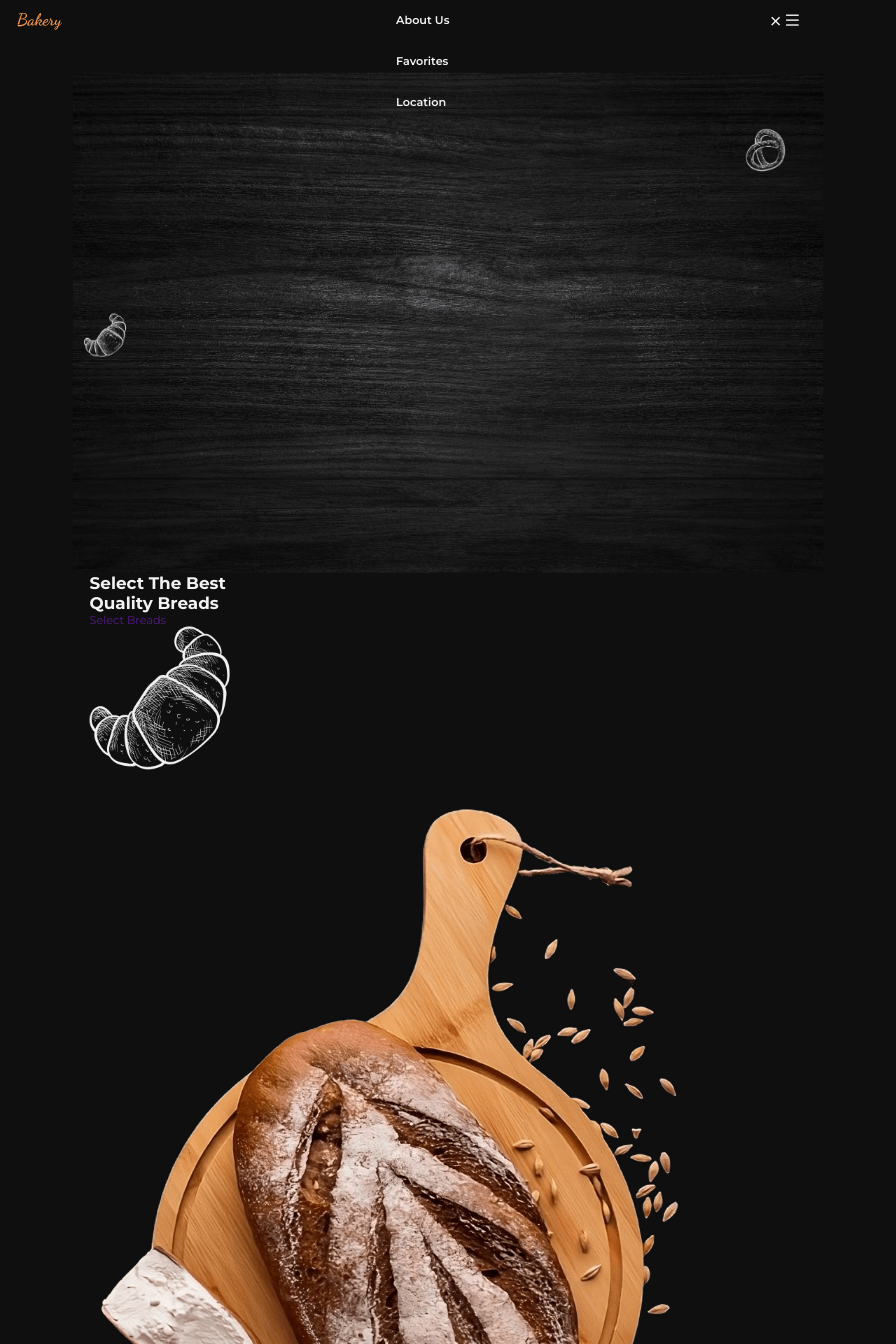
Repository: KinD2704/Web-University
Page: Buổi 8/B8/index.html
An editor plug-in stored every save of this project. The page is shown before and after the next save, followed by the edit.
The browser window is 1280 px wide. The pictures show the part of the page from y = 0 to 1920 px (the page is 2819 px tall before and 2870 px after), at 70% of full size.
Some web libraries are served in a nearby version.

Above is the page before, as saved 2024-01-30 09:39:12.

### Buổi 8/B8/index.html
<!DOCTYPE html>
<html lang="en">
    <head>
        <meta charset="UTF-8" />
        <meta name="viewport" content="width=device-width, initial-scale=1.0" />

        <!--=============== FAVICON ===============-->
        <link
            rel="shortcut icon"
            href="assets/img/favicon.png"
            type="image/x-icon"
        />

        <!--=============== REMIXICONS ===============-->
        <link
            rel="stylesheet"
            href="https://cdnjs.cloudflare.com/ajax/libs/remixicon/3.7.0/remixicon.css"
        />

        <!--=============== CSS ===============-->
        <link rel="stylesheet" href="assets/css/styles.css" />

        <title>Bakery</title>
    </head>

    <body>
        <!--==================== HEADER ====================-->
        <header class="header" id="header">
            <nav class="nav container">
                <a href="#" class="nav__logo">Bakery</a>

                <div class="nav__menu" id="nav-menu">
                    <ul class="nav__list">
                        <li class="nav__item">
                            <a href="#home" class="nav__link">Home </a>
                        </li>

                        <li class="nav__item">
                            <a href="#new" class="nav__link">News </a>
                        </li>

                        <li class="nav__item">
                            <a href="#about" class="nav__link">About Us</a>
                        </li>

                        <li class="nav__item">
                            <a href="#favorite" class="nav__link">Favorites </a>
                        </li>

                        <li class="nav__item">
                            <a href="#visit" class="nav__link">Location</a>
                        </li>
                    </ul>

                    <!-- close button -->

                    <div class="nav__close" id="nav-close">
                        <i class="ri-close-line"></i>
                    </div>

                    <img
                        src="assets/img/bread-4.png"
                        alt=""
                        class="nav__img-1"
                    />
                    <img
                        src="assets/img/bread-1.png"
                        alt=""
                        class="nav__img-2"
                    />
                </div>
                <!-- Toogle button -->
                <div class="nav__toogle" id="nav-toggle">
                    <i class="ri-menu-fill"></i>
                </div>
            </nav>
        </header>

        <!--==================== MAIN ====================-->
        <main class="main">
            <!--==================== HOME ====================-->
            <section class="home section" id="home">
                <img src="assets/img/home-bg.jpg" alt="img" class="home__bg" />
                <div class="home__shadow"></div>

                <div class="home__container container grid">
                    <div class="home__data">
                        <h1 class="home__title">
                            Select The Best <br />
                            Quality Breads
                        </h1>
                        <a href="" class="button">Select Breads</a>

                        <img
                            src="assets/img/bread-1.png"
                            alt="image"
                            class="home__bread"
                        />
                    </div>

                    <div class="home__image">
                        <img
                            src="assets/img/home-bread.png"
                            alt="image"
                            class="home__img"
                        />
                    </div>

                    <footer class="home__footer">
                        <div class="home__location">
                            <i class="ri-map-pin-line"></i>
                            <span
                                >AV. The Sun #321 <br />
                                Lima Peru</span
                            >
                        </div>

                        <div class="home__social">
                            <a href="https://www.facebook.com/" target="_blank">
                                <i class="ri-facebook-circle-line"></i>
                            </a>
                            <a
                                href="https://www.instagram.com/"
                                target="_blank"
                            >
                                <i class="ri-instagram-line"></i>
                            </a>
                            <a href="https://www.youtube.com/" target="_blank"
                                ><i class="ri-youtube-line"></i>
                            </a>
                        </div>
                    </footer>
                </div>
            </section>

            <!--==================== NEWS ====================-->
            <section class="new section" id="new"></section>

            <!--==================== ABOUT ====================-->
            <section class="about section" id="about"></section>

            <!--==================== FAVORITES ====================-->
            <section class="favorite section" id="favorite"></section>

            <!--==================== VISIT ====================-->
            <section class="visit section" id="visit"></section>
        </main>

        <!--==================== FOOTER ====================-->
        <footer class="footer"></footer>

        <!--========== SCROLL UP ==========-->

        <!--=============== SCROLLREVEAL ===============-->
        <script src=""></script>

        <!--=============== MAIN JS ===============-->
        <script src="assets/js/main.js"></script>
    </body>
</html>

### Buổi 8/B8/assets/css/styles.css
/*=============== GOOGLE FONTS ===============*/
@import url("https://fonts.googleapis.com/css2?family=Dancing+Script:wght@700&family=Montserrat:wght@400;600;700&display=swap");

/*=============== VARIABLES CSS ===============*/
:root {
    --header-height: 3.5rem;

    /*========== Colors ==========*/
    /*Color mode HSL(hue, saturation, lightness)*/
    --first-color: hsl(28, 88%, 62%);
    --first-color-alt: hsl(28, 84%, 58%);
    --title-color: hsl(0, 0%, 95%);
    --text-color: hsl(0, 0%, 75%);
    --text-color-light: hsl(0, 0%, 65%);
    --black-color: hsl(0, 0%, 6%);
    --body-color: hsl(0, 0%, 6%);
    --container-color: hsl(0, 0%, 10%);

    /*========== Font and typography ==========*/
    /*.5rem = 8px | 1rem = 16px ...*/
    --body-font: "Montserrat", sans-serif;
    --second-font: "Dancing Script", cursive;
    --biggest-font-size: 3rem;
    --bigger-font-size: 2rem;
    --h1-font-size: 1.5rem;
    --h2-font-size: 1.25rem;
    --h3-font-size: 1rem;
    --normal-font-size: 0.938rem;
    --small-font-size: 0.813rem;

    /*========== Font weight ==========*/
    --font-regular: 400;
    --font-semi-bold: 600;
    --font-bold: 700;

    /*========== z index ==========*/
    --z-tooltip: 10;
    --z-fixed: 100;
}

/*========== Responsive typography ==========*/
@media screen and (min-width: 1150px) {
    :root {
        --biggest-font-size: 5rem;
        --bigger-font-size: 3rem;
        --h1-font-size: 2.25rem;
        --h2-font-size: 1.5rem;
        --h3-font-size: 1.25rem;
        --normal-font-size: 1rem;
        --small-font-size: 0.875rem;
    }
}

/*=============== BASE ===============*/
* {
    box-sizing: border-box;
    padding: 0;
    margin: 0;
}

html {
    scroll-behavior: smooth;
}

body,
button {
    font-family: var(--body-font);
    font-size: var(--normal-font-size);
}

body {
    background-color: var(--body-color);
    color: var(--text-color);
}

button {
    border: none;
    outline: none;
}

h1,
h2,
h3,
h4 {
    color: var(--title-color);
    font-weight: var(--font-bold);
}

ul {
    list-style: none;
}

a {
    text-decoration: none;
}

img {
    display: block;
    max-width: 100%;
    height: auto;
}

/*=============== REUSABLE CSS CLASSES ===============*/
.container {
    max-width: 1120px;
    margin-inline: 1.5rem;
}

.grid {
    display: grid;
    gap: 1.5rem;
}

.section {
    padding-block: 5rem 1rem;
}

.section__title {
    font-size: var(--bigger-font-size);
    font-family: var(--second-font);
    margin-bottom: 1.5rem;
    text-align: center;
}

.main {
    overflow: hidden; /* For animation ScrollReveal */
}

/*=============== HEADER & NAV ===============*/
.header {
    position: fixed;
    width: 100%;
    top: 0;
    left: 0;
    background-color: transparent;
    z-index: var(--z-fixed);
}
nav {
    position: relative;
    height: var(--header-height);
    display: flex;
    justify-content: space-between;
    align-items: center;
}
.nav__logo {
    color: var(--first-color);
    font-size: var(--h2-font-size);
    font-family: var(--second-font);
    transition: color 0.4s;
}
.nav__logo:hover {
    color: var(--first-color-alt);
}
.nav__close,
.nav__toogle {
    font-size: 1.5rem;
    color: var(--title-color);
    cursor: pointer;
}

/* Navigation for mobile devices */
@media screen and (max-width: 1150px) {
    .nav__menu {
        position: fixed;
        top: 0;
        right: -100%;
        background-color: hsla(0, 0%, 6%, 0.2);
        backdrop-filter: blur(16px);
        -webkit-backdrop-filter: blur(16px);
        width: 80%;
        height: 100%;
        padding: 6rem 3rem 0;
        transition: right 0.4s;
    }
}

.nav__list {
    display: flex;
    flex-direction: column;
    row-gap: 2.5rem;
}
.nav__link {
    color: var(--title-color);
    font-weight: var(--font-semi-bold);
    transition: color 0.4s;
}
.nav__link:hover {
    color: var(--first-color);
}
.nav__close,
.nav__img-1,
.nav__img-2 {
    position: absolute;
}
.nav__close {
    top: 1rem;
    right: 1.5rem;
}
.nav__img-1 {
    width: 80px;
    top: 11rem;
    right: 0.75rem;
}
.nav__img-2 {
    width: 60px;
    top: 28rem;
    left: 6rem;
}

/* Show menu */
.show-menu {
    right: 0;
}
/* Add blur header */

/* Active link */

/*=============== HOME ===============*/
.home {
    position: relative;
    padding: 6.5rem;
}
/*=============== BUTTON ===============*/

/*=============== NEW ===============*/

/*=============== ABOUT ===============*/

/*=============== FAVORITES ===============*/

/*=============== VISIT ===============*/

/*=============== FOOTER ===============*/

/*=============== SCROLL BAR ===============*/

/*=============== SCROLL UP ===============*/

/* Show Scroll Up */

/*=============== BREAKPOINTS ===============*/
/* For small devices */

/* For medium devices */

/* For large devices */

### Buổi 8/B8/assets/js/main.js
/*=============== SHOW MENU ===============*/
const navMenu = document.getElementById("nav-menu"),
    navToggle = document.getElementById("nav-toggle"),
    navClose = document.getElementById("nav-close");

/* Menu show */
if (navToggle) {
    navToggle.addEventListener("click", () => {
        navMenu.classList.add("show-menu");
        console.log("hello");
    });
}

/* Menu hidden */
if (navClose) {
    navClose.addEventListener("click", () => {
        navMenu.classList.remove("show-menu");
    });
}

/*=============== REMOVE MENU MOBILE ===============*/

const navLink = document.querySelectorAll(".nav__link");

const linkAction = () => {
    const navMenu = document.getElementById("nav-menu");
    // When we click on each nav__link, we remove the show-menu class
    navMenu.classList.remove("show-menu");
};

navLink.forEach((n) => n.addEventListener("click", linkAction));

/*=============== ADD BLUR HEADER ===============*/

/*=============== SHOW SCROLL UP ===============*/

/*=============== SCROLL SECTIONS ACTIVE LINK ===============*/

/*=============== SCROLL REVEAL ANIMATION ===============*/

After the next save:
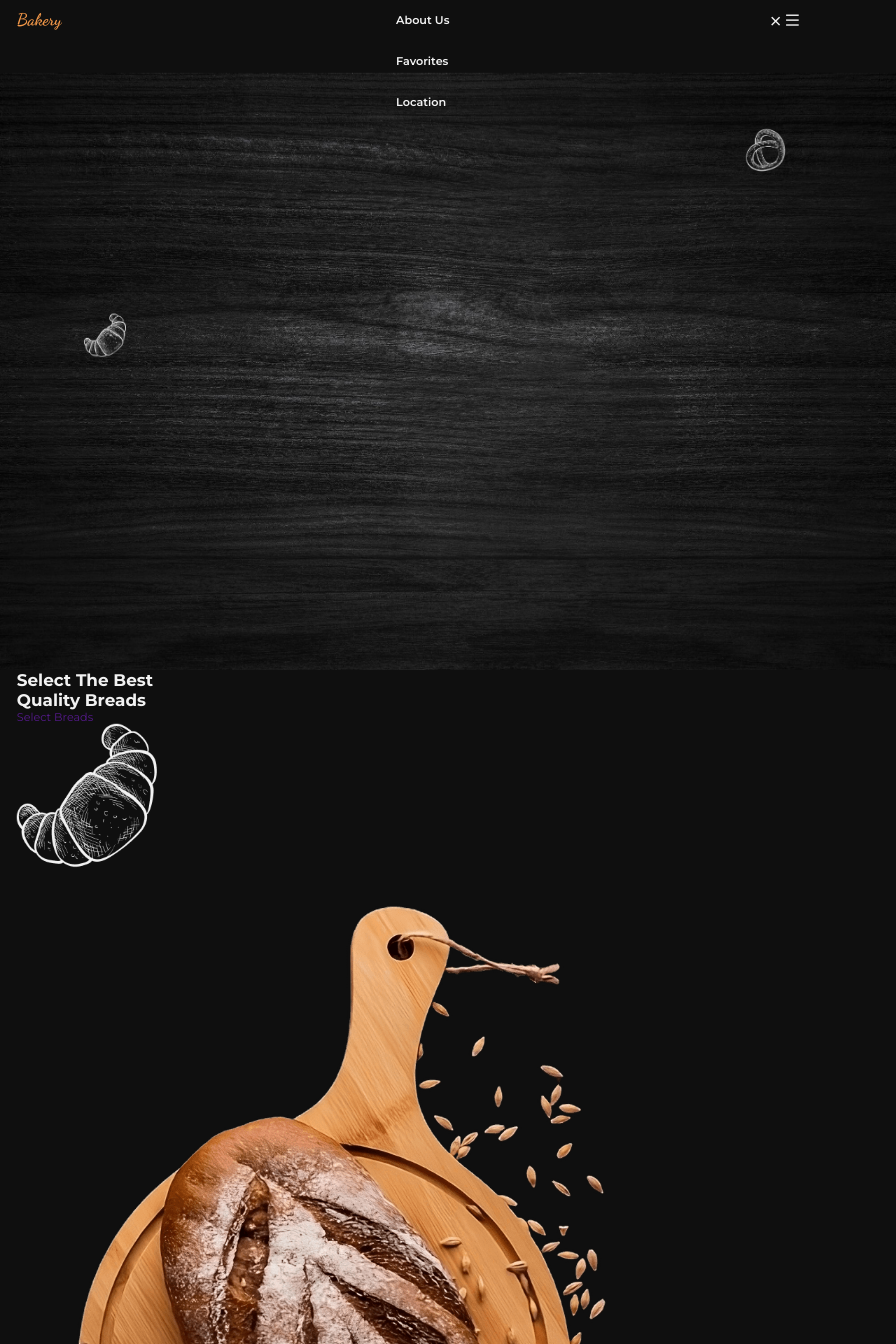
Saved 20 s later.
--- a/Buổi 8/B8/assets/css/styles.css
+++ b/Buổi 8/B8/assets/css/styles.css
@@ -218,7 +218,7 @@
 /*=============== HOME ===============*/
 .home {
     position: relative;
-    padding: 6.5rem;
+    padding-top: 6.5rem;
 }
 /*=============== BUTTON ===============*/
 
